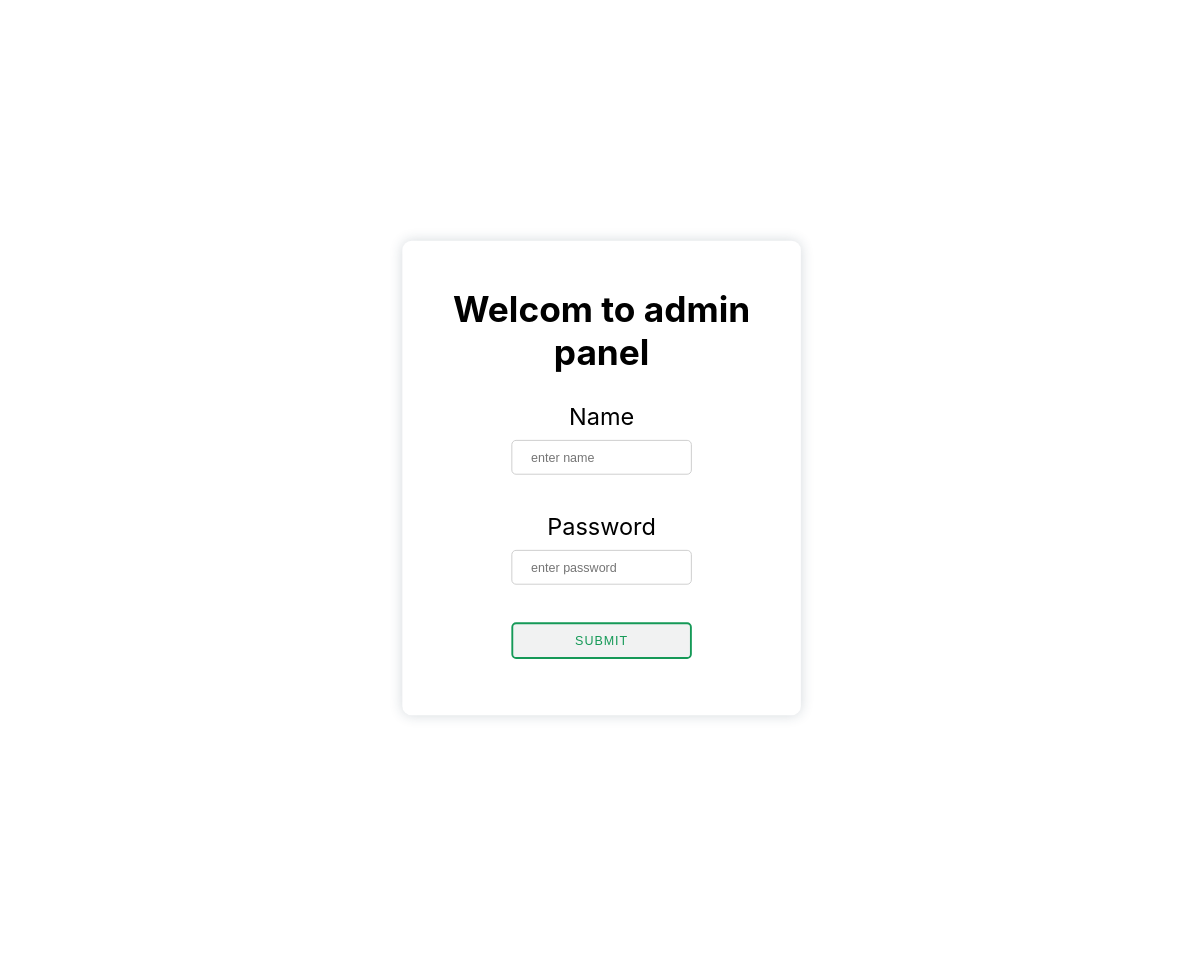
Repository: superHotBob/admin_nftillion
Page: /collections
An editor plug-in stored every save of this project. The page is shown before and after the next save, followed by the edit.
The browser window is 1280 px wide. The pictures show the whole page, at 94% of full size.
The project was rebuilt for these pictures with package versions that can differ from the ones it lists, and the page was loaded fresh each time. Also part of the build but not shown: src/components/Users/styles.scss, src/components/NavPanel/styles.scss, src/components/Users/index.js, src/components/Collections/styles.scss.

Above is the page before, as saved 2022-04-22 17:56:08.

After the next save:
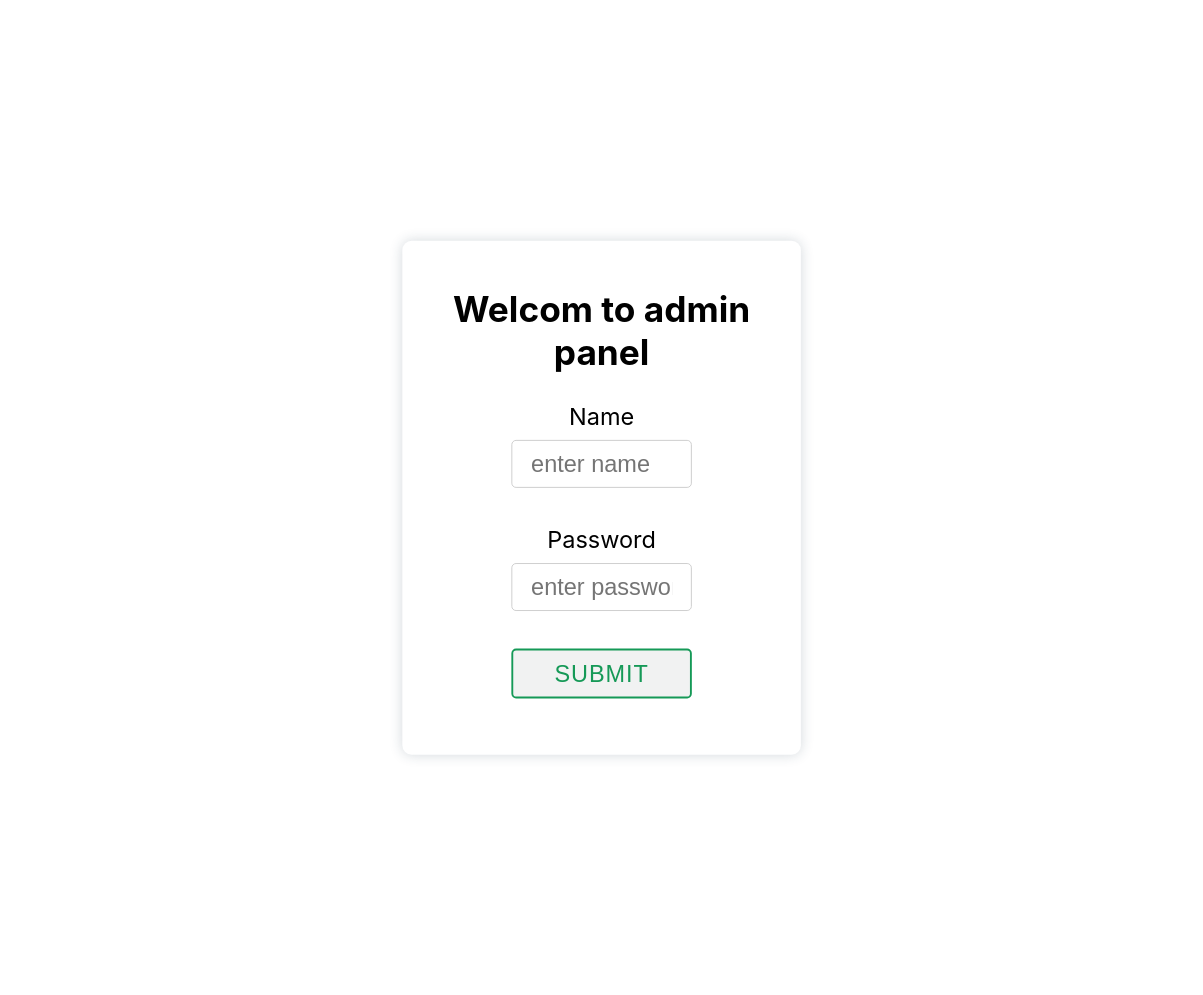
Saved 14 s later.
--- a/src/components/Home/styles.scss
+++ b/src/components/Home/styles.scss
@@ -10,7 +10,7 @@ $transition: all 0.25s ease-in-out;
     border-radius: 10px;
     font-size: 25px;
     input, button {
-
+        font-size: 25px;
         padding: 10px 20px;
         display: block;
         width: 50%;
